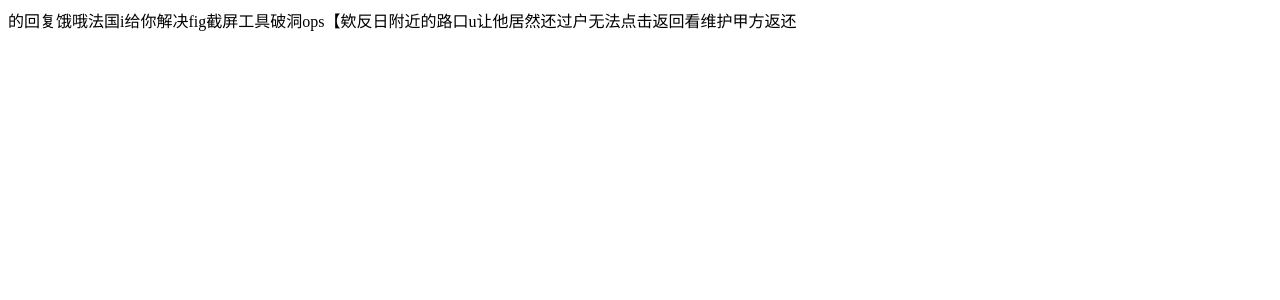
Repository: ljx1197678031/Wed-Design
Page: 01/5.html
The author's editor kept a copy of each file at every save. The page is drawn from the files as they stood at one save, then again after the next save.
The browser window is 1280 px wide. The pictures show the whole page.

Above is the page before, as saved 2020-06-03 15:44:26.

After the next save:
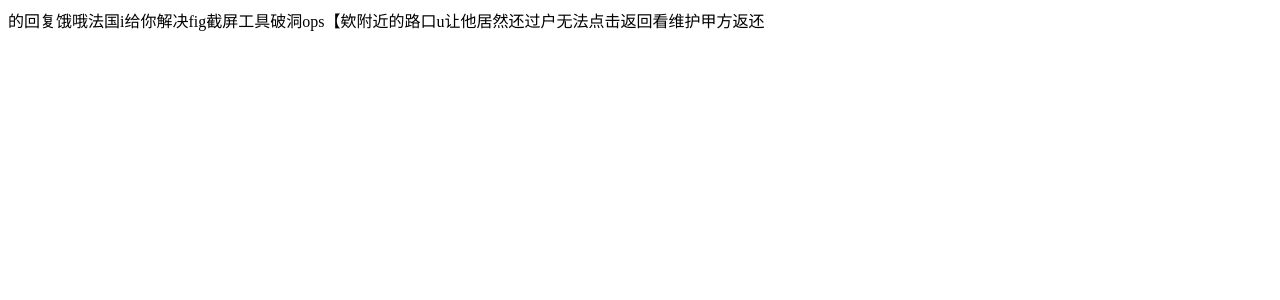
Saved 5 s later.
--- a/01/5.html
+++ b/01/5.html
@@ -6,6 +6,6 @@
     <title>Document</title>
 </head>
 <body>
-    的回复饿哦法国i给你解决fig截屏工具破洞ops【欸反日附近的路口u让他居然还过户无法点击返回看维护甲方返还
+    的回复饿哦法国i给你解决fig截屏工具破洞ops【欸附近的路口u让他居然还过户无法点击返回看维护甲方返还
 </body>
 </html>
